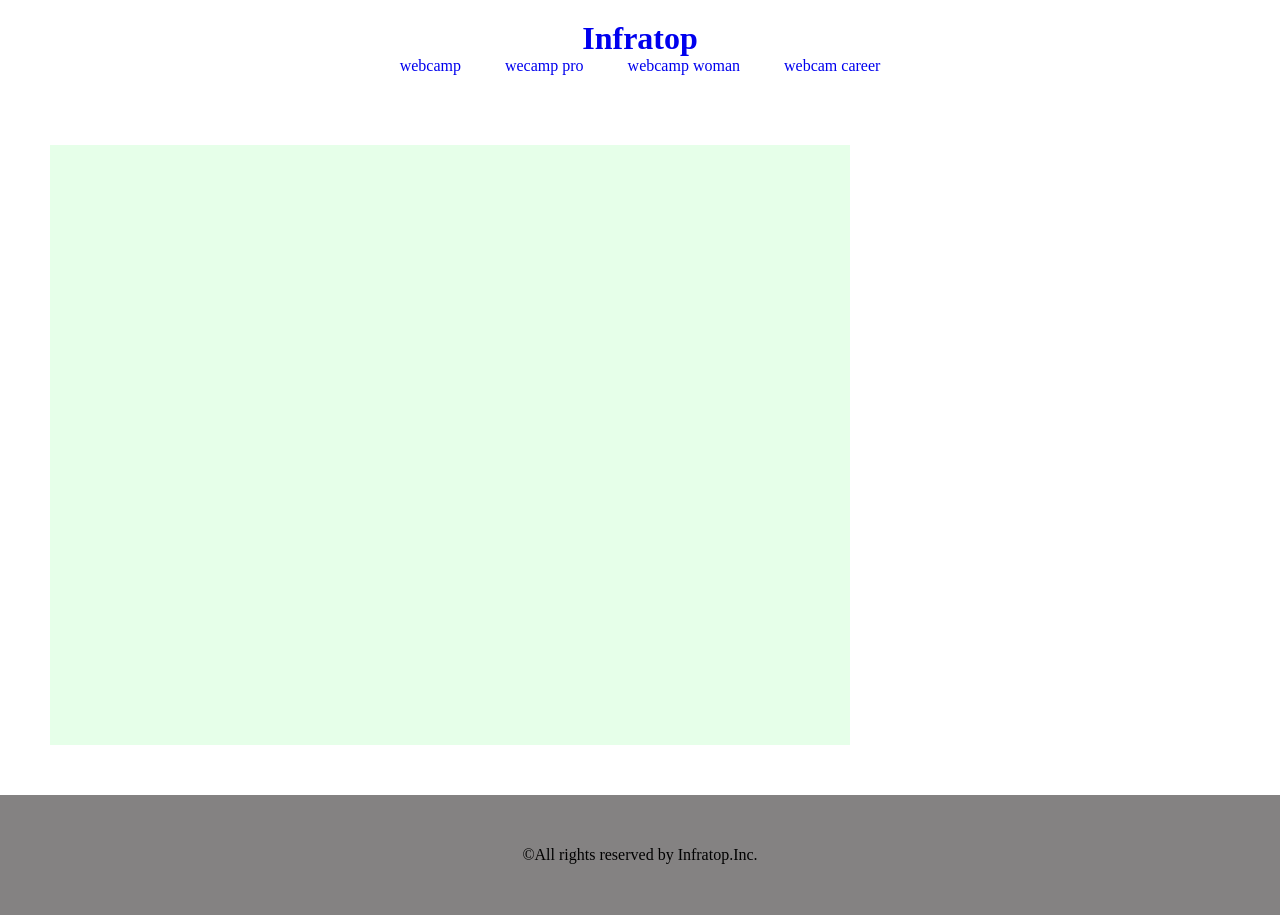
Repository: ego-boosting/assightment_1
Page: infratop/index.html
The author's editor kept a record of every edit. The page is drawn from the files as they stood at one moment, then again after the next edit.
The browser window is 1280 px wide. The pictures show the whole page.

Above is the page before.

### infratop/index.html
<!DOCTYPE html>
<html lang="ja">
  <head>
    <meta charset="UTF-8" />
    <!-- CSSファイルの読み込み -->
    <link rel="stylesheet" href="style.css" />
    <title>Infratop</title>
  </head>

<body>
  <header>
    <h1 class="heading">
      <a href="index.html">Infratop</a>
    </h1>
    <nav>
      <ul calss="nav-list" >
        <li class="nav-list-item">
          <a href="index.html">webcamp</a>
        </li>

        <li class="nav-list-item">
          <a href="index.html">wecamp pro</a>
        </li>

        <li class="nav-list-item">
          <a href="index.html">webcamp woman</a>
        </li>

        <li class="nav-list-item">
          <a href="index.html">webcam career</a>
        </li>
      </ul>
    </nav>
  </header>

  <div class="main">
    <div class="box1"></div>
    <div class="box2"></div>
    <div class="box3"></div>
    <div class="box4"></div>
    <div class="box5"></div>
    <div class="box6"></div>
    <div class="box7"></div>
    <div class="box8"></div>
    <div class="box9"></div>
    <div class="box10"></div>
    <div class="box11"></div>
    <div class="box12"></div>
  </div>

  <footer>
    <p class="footer-list">©All rights reserved by Infratop.Inc.</p>
  </footer>




</body>
</html>

### infratop/style.css
*{
  margin: 0;
  padding: 0;
  box-sizing:border-box;
}

a{
  text-decoration: none;
}

header{
  width: 100%;
  padding: 20px;
  margin: auto;
  text-align: center;
}

.heading{
  font-size: 32px;
}


.nav-list{
  /*下記*/
  text-align: center;
  padding: 15px 0;
  margin: 0 auto;
  border-bottom: 1px solid #848282;
  border-top: 1px solid #848282;
}

.nav-list-item{
  list-style: none;
  display: inline-block;
  margin: 0 20px;
}

.main{
  width: 800px;
  margin: 50px;
  display: flex;
  flex-wrap: wrap;
}

.box1{
  width: 200px;
  height: 200px;
  background-color: #e6ffe9;
}

.box2{
  width: 200px;
  height: 200px;
  background-color: #e6ffe9;
}

.box3{
  width: 200px;
  height: 200px;
  background-color: #e6ffe9;
}

.box4{
  width: 200px;
  height: 200px;
  background-color: #e6ffe9;
}

.box5{
  width: 200px;
  height: 200px;
  background-color: #e6ffe9;
}

.box6{
  width: 200px;
  height: 200px;
  background-color: #e6ffe9;
}

.box7{
  width: 200px;
  height: 200px;
  background-color: #e6ffe9;
}

.box8{
  width: 200px;
  height: 200px;
  background-color: #e6ffe9;
}

.box9{
  width: 200px;
  height: 200px;
  background-color: #e6ffe9;
}

.box10{
  width: 200px;
  height: 200px;
  background-color: #e6ffe9;
}

.box11{
  width: 200px;
  height: 200px;
  background-color: #e6ffe9;
}

.box12{
  width: 200px;
  height: 200px;
  background-color: #e6ffe9;
}

footer{
  width: 100%;
  height: 120px;
  text-align: center;
  line-height: 120px;
  background-color: #848282;
}

After the next edit:
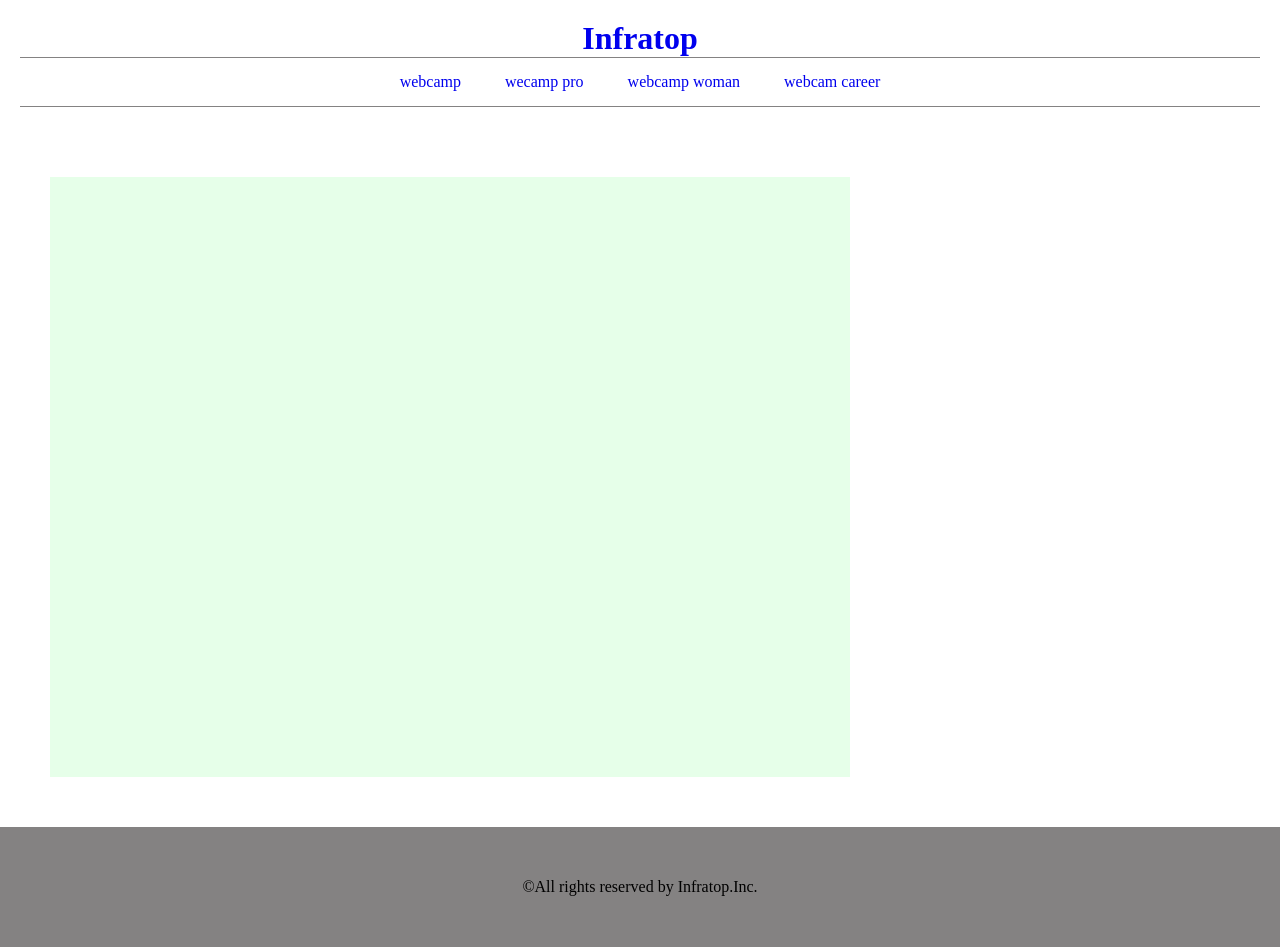
The edit:
--- a/infratop/index.html
+++ b/infratop/index.html
@@ -13,7 +13,7 @@
       <a href="index.html">Infratop</a>
     </h1>
     <nav>
-      <ul calss="nav-list" >
+      <ul class="nav-list" >
         <li class="nav-list-item">
           <a href="index.html">webcamp</a>
         </li>
